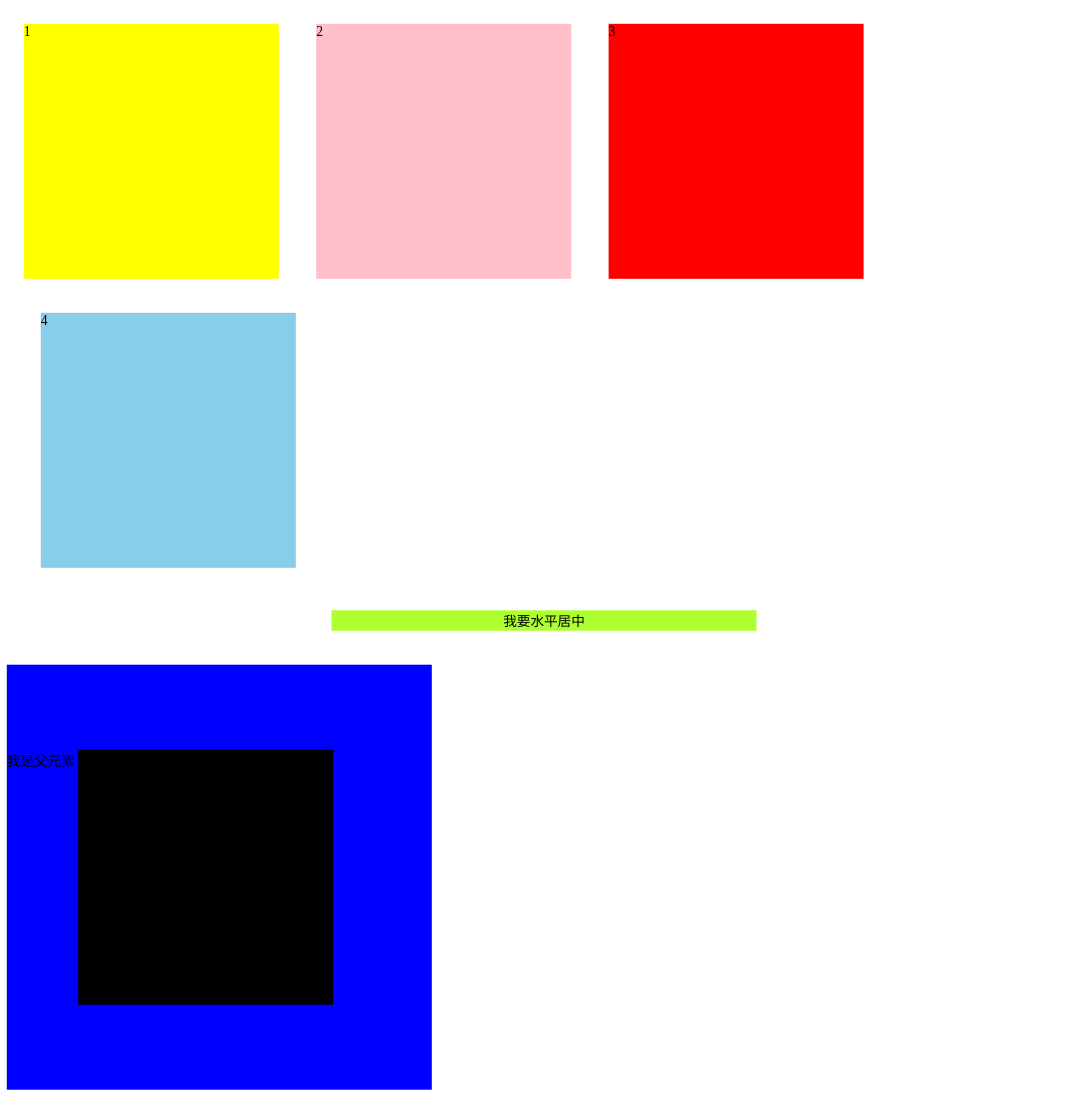
Repository: TheBestBadGuy0228/code
Page: 盒子之间的外边距.html
These files come from the project's save history. The page is drawn as it stood at one moment and after the next save; the edit follows.
The browser window is 1280 px wide. The pictures show the whole page, at 85% of full size.

Above is the page before, as saved 2021-11-29 13:55:13.

### 盒子之间的外边距.html
<!-- /*
 * @Author: Xiao
 * @Date: 2021-11-26 11:10:19
 * @Last Modified by:   Xiao
 * @Last Modified time: 2021-11-26 11:10:19
 */ -->
<!DOCTYPE html>
<html lang="en">
<head>
    <meta charset="UTF-8">
    <meta http-equiv="X-UA-Compatible" content="IE=edge">
    <meta name="viewport" content="width=device-width, initial-scale=1.0">
    <title>盒子之间的外边距</title>
    <style>
        .one {
            /*       all     */
            margin: 20px;
            background-color: yellow;
        }

        .two {
            /*      上     左右 */
            margin: 10px 20px;
            background-color: pink;
        }

        .three {
            /*      上    左右  下 */
            margin: 10px 20px 30px;
            background-color: red;
        }

        .four {
            /*       上   右    左  下*/
            margin: 10px 20px 30px 40px;
            background-color: skyblue;
        }

        div {
            width: 300px;
            height: 300px;
            /* 转换为行内块元素 */
            display: inline-block;
        }

        .five {
            width: 500px;
            margin: 20px auto;
            display: block;
            background-color: greenyellow;
            text-align: center;
        }

        .six {
            width: 500px;
            height: 500px;
            background-color: blue;
            margin-top: 20px;
            overflow: hidden;
        }

        .seven {
            width: 300px;
            height: 300px;
            background: black;
            margin-top: 100px;
        }
    </style>
</head>
<body>
    <!--外边距（margin）
margin属性用于设置外边距，即控制盒子和盒子之间的距离。
        属性                                                  作用
    margin-left                                            左外边距
    margin-right                                           右外边距
    margin-top                                             上外边距
    margin-bottom                                          下外边距

    margin的简写方式和padding是一致的(单个参数控制上下左右;两个参数分别控制上下和左右;三个参数则为上(左右)下)
-->

    <!--
    外边距典型应用
外边距可以让块级盒子水平居中，但是必须满足两个条件：
①盒子必须指定了宽度（width）。
②盒子左右的外边距都设置为auto。
.header {
    width:960px;
    margin:o auto;
}
常见的写法，以下三种都可以：
margin-left: auto; margin-right auto;
margin: auto;
margin:O auto;
注意：以上方法是让块级元素水平居中，行内元素或者行内块元素水平居中给其父元素添加text-align：center即可。
-->

    <!-- 使用margin定义块元素的垂直外边距时，可能会出现外边距的合并。
        对于两个嵌套关系（父子关系）的块元素，父元素有上外边距同时子元素也有上外边距，此时父元素会塌陷较大的外边距值。

    解决方案：
        ①可以为父元素定义上边框。
        ②可以为父元素定义上内边距。
        ③可以为父元素添加overflow：hidden。

还有其他方法，比如浮动、固定，绝对定位的盒子不会有塌陷问题，后面咱们再总结。
-->
    <div class="one">1</div>
    <div class="two">2</div>
    <div class="three">3</div>
    <div class="four">4</div>
    <span class="five">我要水平居中</span>

    <div class="six">
        我是父元素
        <div class="seven">我是子元素</div>
    </div>
</body>
</html>

After the next save:
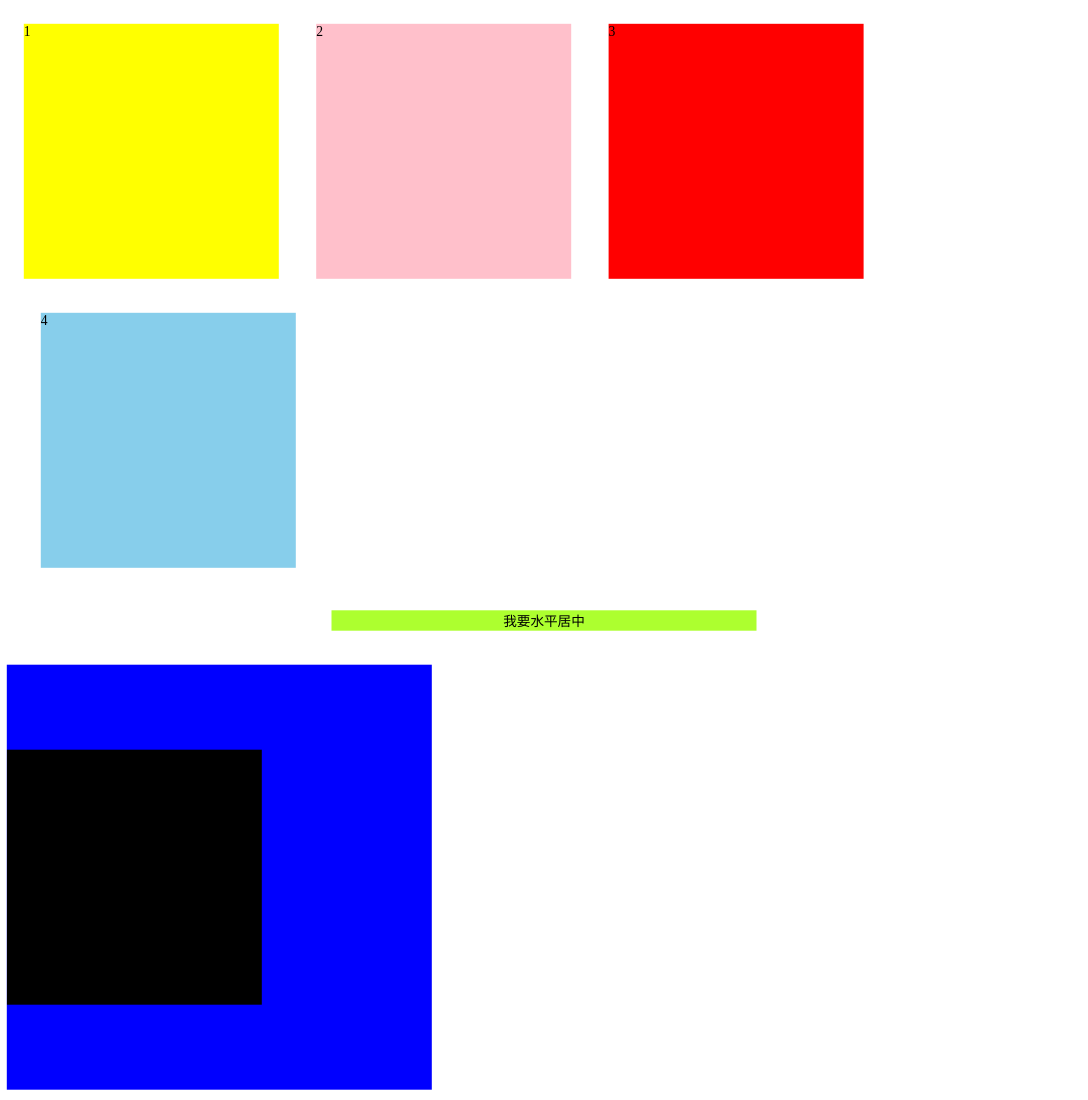
Saved 96 s later.
--- a/盒子之间的外边距.html
+++ b/盒子之间的外边距.html
@@ -112,7 +112,6 @@ margin:O auto;
     <span class="five">我要水平居中</span>
 
     <div class="six">
-        我是父元素
         <div class="seven">我是子元素</div>
     </div>
 </body>
